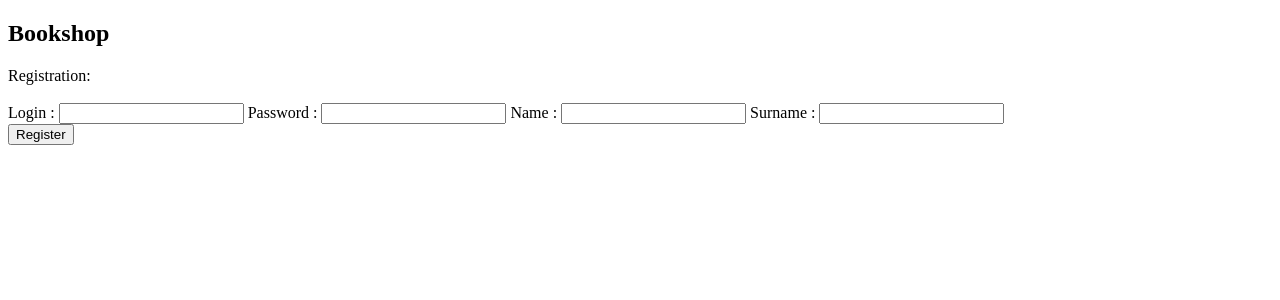
Repository: zlenyk/wrzucak
Page: http://localhost/Shop/registration.jsp
The author's editor kept a copy of each file at every save. The page is drawn from the files as they stood at one save, then again after the next save.
The browser window is 1280 px wide. The pictures show the whole page.
The page is served by Tomcat 9.

Above is the page before, as saved 2013-09-04 15:03:51.

### Shop/WebContent/registration.jsp
<%@ page language="java" contentType="text/html; charset=ISO-8859-1"
    pageEncoding="ISO-8859-1"%>
<!DOCTYPE html PUBLIC "-//W3C//DTD HTML 4.01 Transitional//EN" "http://www.w3.org/TR/html4/loose.dtd">
<html>
<head>
<meta http-equiv="Content-Type" content="text/html; charset=ISO-8859-1">
<head>
  <title>Bookshop</title>
</head>
<body>
  <h2>Bookshop</h2>
<body>
  <form method="POST" action="http://localhost:8080/Shop/Login">
    Registration:<br /><br />
    <table>
    Login : <input type="text" name="login" />
    Password : <input type="text" name="password" />
    Name : <input type="text" name="name" />
    Surname : <input type="text" name="surname" />
    </table>
    <input type="hidden" name ="action" value = "login" />
    <input type="submit" value="Register" />
  </form>
</body>
</html>

After the next save:
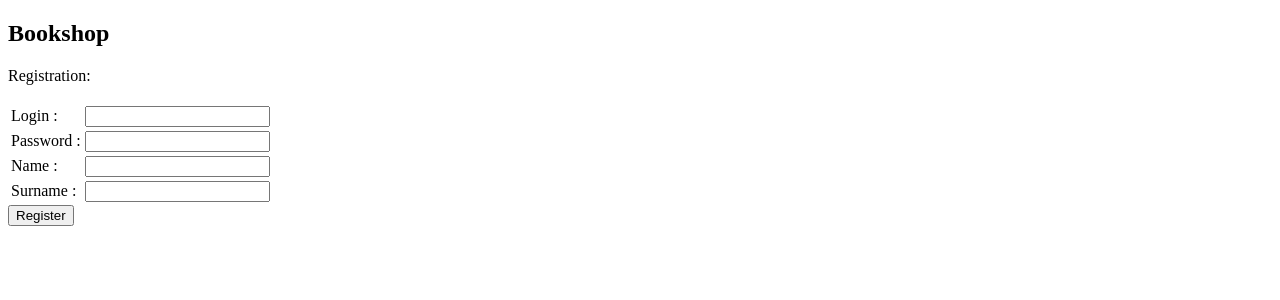
Saved 71 s later.
--- a/Shop/WebContent/registration.jsp
+++ b/Shop/WebContent/registration.jsp
@@ -13,10 +13,18 @@
   <form method="POST" action="http://localhost:8080/Shop/Login">
     Registration:<br /><br />
     <table>
-    Login : <input type="text" name="login" />
-    Password : <input type="text" name="password" />
-    Name : <input type="text" name="name" />
-    Surname : <input type="text" name="surname" />
+    	<tr>
+    		<td>Login :</td> <td><input type="text" name="login" /></td>
+    	</tr>
+    	<tr>
+    		<td>Password :</td> <td><input type="text" name="login" /></td>
+    	</tr>
+    	<tr>
+    		<td>Name :</td> <td><input type="text" name="login" /></td>
+    	</tr>
+    	<tr>
+    		<td>Surname :</td> <td><input type="text" name="login" /></td>
+    	</tr>
     </table>
     <input type="hidden" name ="action" value = "login" />
     <input type="submit" value="Register" />
